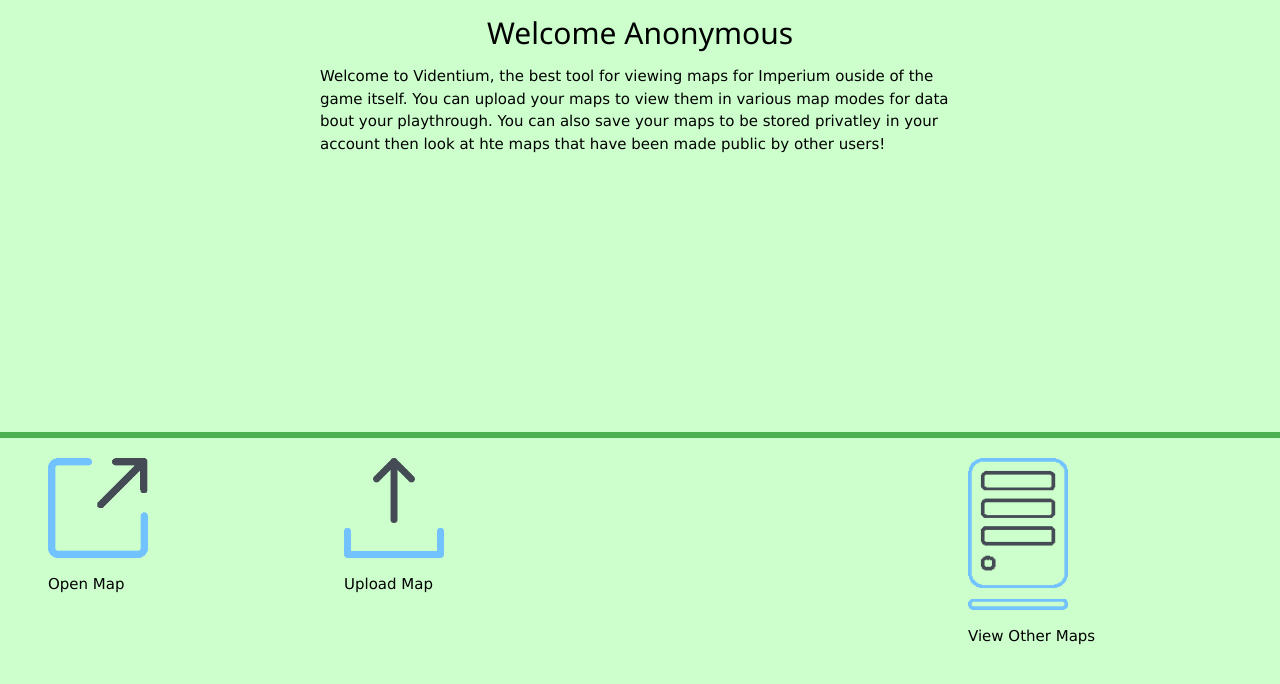
Repository: ReactorDevelopment/environment
Page: public/index.html
The author's editor kept a record of every edit. The page is drawn from the files as they stood at one moment, then again after the next edit.
The browser window is 1280 px wide. The pictures show the whole page.

Above is the page before.

### public/index.html
<html lang="en">
    <head>
        <meta charset="UTF-8">
        <title>Title</title>
        <script src="https://ajax.googleapis.com/ajax/libs/jquery/3.5.1/jquery.min.js"></script>
        <script src="mapController.js"></script>
    </head>
    <meta name="viewport" content="width=device-width, initial-scale=1">
    <link rel="stylesheet" href="https://www.w3schools.com/w3css/4/w3.css">
    <body style="background: #ccffcc">
        <h2 id="welcome" class="w3-center"></h2>
        <p style="width: 50%; margin: auto">Welcome to Videntium, the best tool for viewing maps for Imperium ouside of the game itself.
        You can upload your maps to view them in various map modes for data bout your playthrough.
        You can also save your maps to be stored privatley in your account then look at hte maps that have been made public by other users!</p>
        <div style="position: absolute; bottom: 0; height: 40%; width: 100%" class="w3-container w3-topbar w3-border-green">
            <div class="w3-half w3-container" style="padding-top: 20px;">
                <div style="float:left; height: 100%;" class="w3-half w3-container">
                    <img onclick="toMap()" style="visibility: visible; width: 100px; height: auto; " src="open.png"/>
                    <p>Open Map</p>
                </div>
                <p id="fileErr" style="display: none; position: absolute; bottom: 0;"></p>
                <div style="float:right; height: 100%" class="w3-half w3-container">
                    <label for="mapSelect">
                        <img style="width: 100px; height: auto;" src="upload.png"/>
                    </label>
                    <input id="mapSelect" type="file" style="display: none"/>
                    <p>Upload Map</p>
                </div>
            </div>
            <div class="w3-half w3-container" style="padding-top: 20px;">
                <div style="height: 100%; float: right" class="w3-half w3-container">
                    <img onclick="toDb()" style="width: 100px; height: auto;" src="server.png"/>
                    <p>View Other Maps</p>
                </div>
            </div>
        </div>
    </body>
    <script>
        var mapStr;
        var fileName;
        initIndex();
        function initIndex(){
            let name = getCookie("name");
            if(name !== null && name !== "")
                document.getElementById("welcome").innerHTML = "Welcome "+name;
            else
                document.getElementById("welcome").innerHTML = "Welcome Anonymous";

        }
        function toMap(){
            loadFile(document.getElementById("mapSelect"));
            if(mapStr !== undefined){
                /*const request = new XMLHttpRequest();
                const url='/toMap';
                request.open("GET", url, true);
                request.send(null);

                request.onreadystatechange = (e) => {
                    console.log(request.responseText);
                    window.open("/toMap?mapstr="+mapStr, "_self");
                };*/
                window.open("/map.html?file="+fileName+"&mapstr="+mapStr, "_self");
            }
            else{
                document.getElementById("fileErr").innerHTML = "No file selected";
                document.getElementById("fileErr").style.display = "block";
            }
        }
        function loadFile(input){
            let file = input.files[0];
            if(file !== undefined){
                fileName = file.name;
                document.getElementById("fileErr").innerHTML = "";
                document.getElementById("fileErr").style.display = "none";
                console.log(file);
                let fr=new FileReader();
                fr.onload=function(){
                    console.log(fr.result);
                    mapStr = fr.result;
                }
                if(file.name.substring(file.name.lastIndexOf(".")) === ".imprm")
                    fr.readAsText(file);
                else
                    document.getElementById("fileErr").innerHTML = "Wrong file type";
            }else
                document.getElementById("fileErr").innerHTML = "You must select a file";
        }
        function toDb(){
            window.open("/database.html", "_self");
        }
        function getCookie(name){
            let cookies = decodeURIComponent(document.cookie);
            cookies = cookies.split(';');
            let cookieIndex = cookies.indexOf(";"+name+"=")+name.length+2;
            for(let i = 0; i <cookies.length; i++) {
                let c = cookies[i];
                while (c.charAt(0) === ' ') {
                  c = c.substring(1);
                }
                if (c.indexOf(name) == 0) {
                  return c.substring(name.length+1, c.length);
                }
              }
              return null;
        }
    </script>
</html>

### public/mapController.js
var loadedMap;

After the next edit:
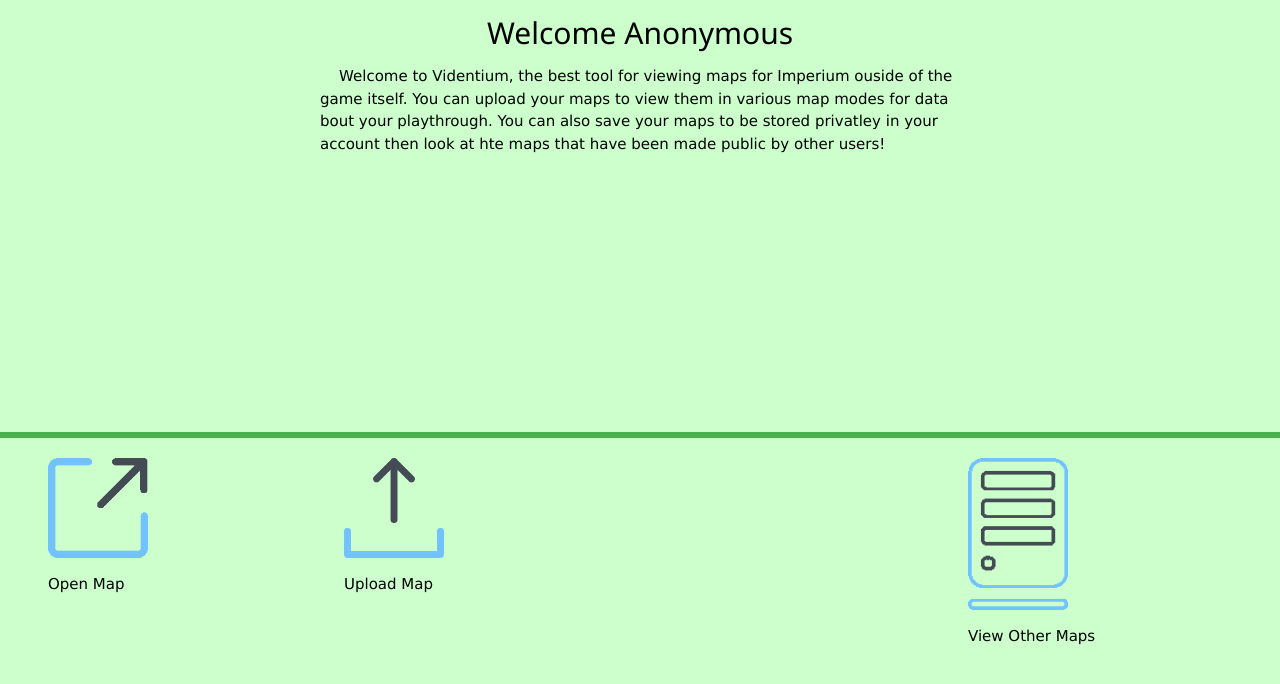
The edit:
--- a/public/index.html
+++ b/public/index.html
@@ -9,7 +9,7 @@
     <link rel="stylesheet" href="https://www.w3schools.com/w3css/4/w3.css">
     <body style="background: #ccffcc">
         <h2 id="welcome" class="w3-center"></h2>
-        <p style="width: 50%; margin: auto">Welcome to Videntium, the best tool for viewing maps for Imperium ouside of the game itself.
+        <p style="width: 50%; margin: auto">&nbsp;&nbsp;&nbsp;&nbsp;Welcome to Videntium, the best tool for viewing maps for Imperium ouside of the game itself.
         You can upload your maps to view them in various map modes for data bout your playthrough.
         You can also save your maps to be stored privatley in your account then look at hte maps that have been made public by other users!</p>
         <div style="position: absolute; bottom: 0; height: 40%; width: 100%" class="w3-container w3-topbar w3-border-green">
